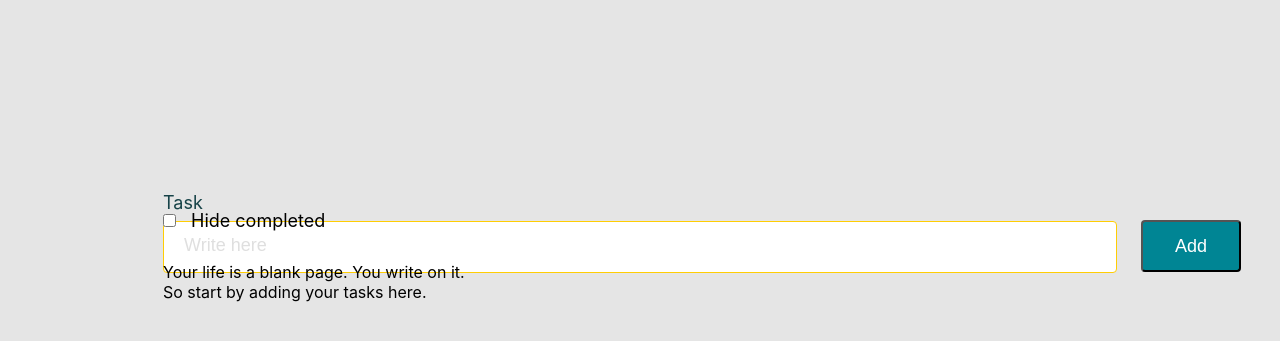
Repository: ArusyakAghajanyan/ToDoMamble
Page: /
An editor plug-in stored every save of this project. The page is shown before and after the next save, followed by the edit.
The browser window is 1280 px wide. The pictures show the whole page.
The project was rebuilt for these pictures with package versions that can differ from the ones it lists, and the page was loaded fresh each time. Also part of the build but not shown: src/components/toDoItem.css, src/components/ToDoItem.jsx, src/components/confirm.css, src/components/Confirm.jsx.

Above is the page before, as saved 2022-05-25 13:06:50.

After the next save:
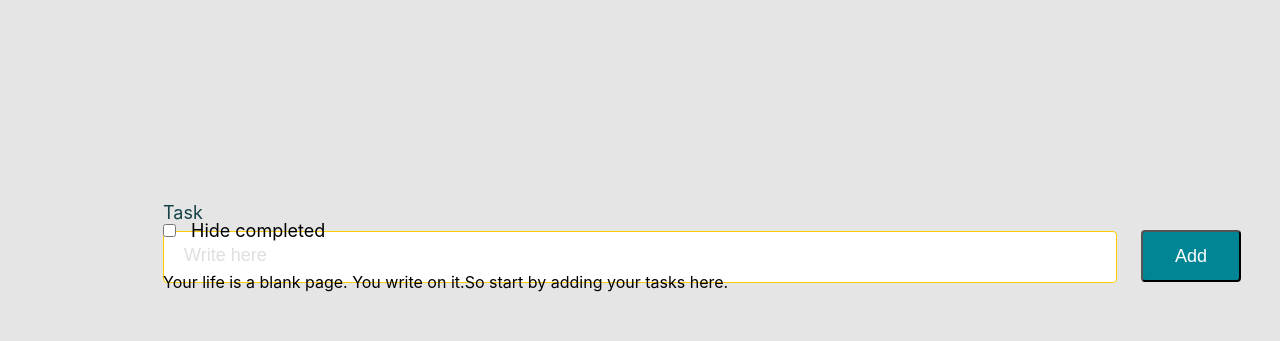
Saved 42 s later.
--- a/src/components/toDoList.css
+++ b/src/components/toDoList.css
@@ -2,9 +2,9 @@
  body{
      background-color:  #E5E5E5;
  }
-/*
+
  .listText{
-     display: flex; */
+     display: flex;
 
 /* justify-content: center;
 align-items: center; */
